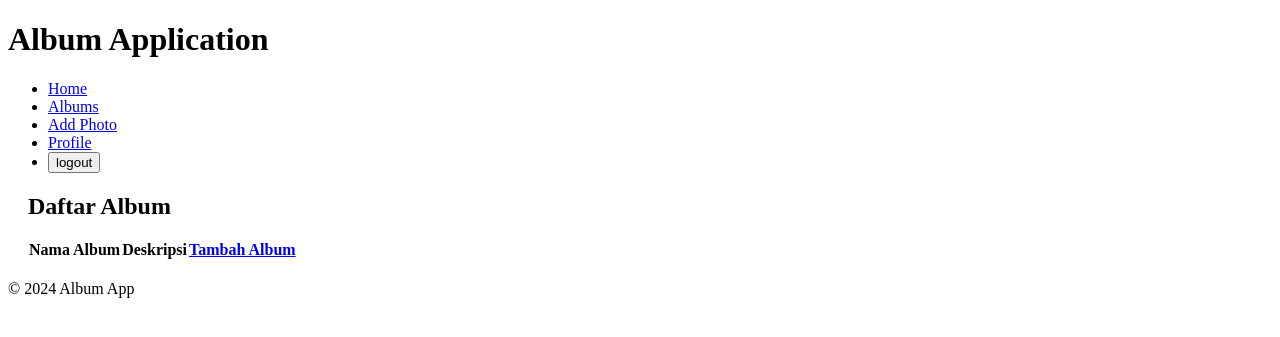
Repository: daffa-alif/snapgram
Page: http://localhost/albums
The author's editor kept a copy of each file at every save. The page is drawn from the files as they stood at one save, then again after a run of saves.
The browser window is 1280 px wide. The pictures show the whole page.
The page is served by the project's Laravel application, run on PHP 8.4 with Laravel 12. A made-up administrator, Test User (test@example.com), is signed in. Queries for data that is not in the repository find no rows.

Above is the page before, as saved 2024-10-23 08:33:39.

After the next 2 saves:
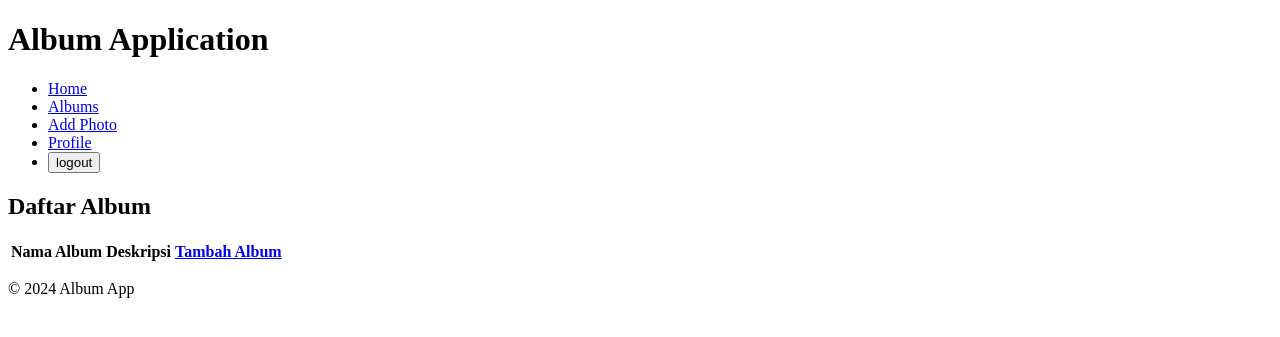
The 2 saves are shown as one change because they came seconds apart.
The last was saved 52 s later.
--- a/resources/views/albums/index.blade.php
+++ b/resources/views/albums/index.blade.php
@@ -2,34 +2,39 @@
 
 @section('content')
 
-<div style="margin: 20px;">
+<div class="album-container">
     <h2>Daftar Album</h2>
 
-    <table style="border-collapse: collapse;">
-        <tr>
-            <th>Nama Album</th>
-            <th>Deskripsi</th>
-            <th><a href="{{ route('albums.create') }}">Tambah Album</a></th>
-        </tr>
+    <table class="album-table">
+        <thead>
+            <tr>
+                <th>Nama Album</th>
+                <th>Deskripsi</th>
+                <th><a href="{{ route('albums.create') }}">Tambah Album</a></th>
+            </tr>
+        </thead>
 
-        @foreach($albums as $album)
+        <tbody>
+            @foreach($albums as $album)
             <tr>
-                <td><a href="{{ route('albums.photos', $album->albumID)}}">
+                <td><a href="{{ route('albums.photos', $album->albumID) }}">
                     {{$album->namaAlbum}}
                 </a></td>
                 <td>{{ $album->deskripsi }}</td>
-                <td style="text-align: center;">
+                <td class="action-column">
                     <a href="{{ route('albums.edit', $album->albumID) }}">Edit</a>
-                    <form action="{{ route('albums.destroy', $album->albumID) }}" method="POST" style="display: inline;" onsubmit="return confirm('Tindakan ini tidak bisa dibatalkan');">
+                    <form action="{{ route('albums.destroy', $album->albumID) }}" method="POST" class="delete-form" onsubmit="return confirm('Tindakan ini tidak bisa dibatalkan');">
                         @csrf
                         @method('DELETE')
-                        <button type="submit" style="background:none; border:none;">Hapus</button>
+                        <button type="submit" class="delete-button">Hapus</button>
                     </form>
                 </td>
             </tr>
-        @endforeach
-
+            @endforeach
+        </tbody>
     </table>
 </div>
+<style>
 
+</style>
 @endsection
